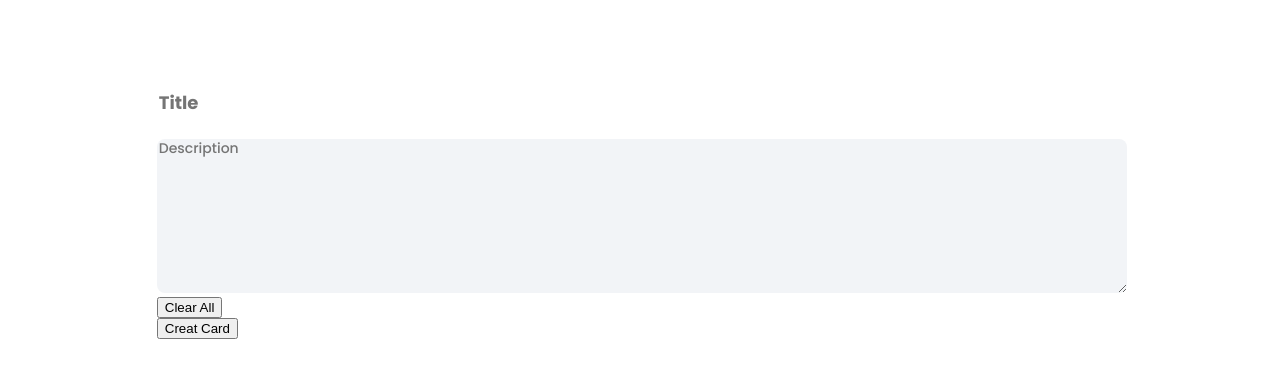
Repository: ReyhanehRahmani/TO-DO
Page: index.html
These files come from the project's save history. The page is drawn as it stood at one moment and after the next save; the edit follows.
The browser window is 1280 px wide. The pictures show the whole page.
Some web fonts or font styles are not loaded; a fallback is used.

Above is the page before, as saved 2025-06-08 12:20:48.

After the next save:
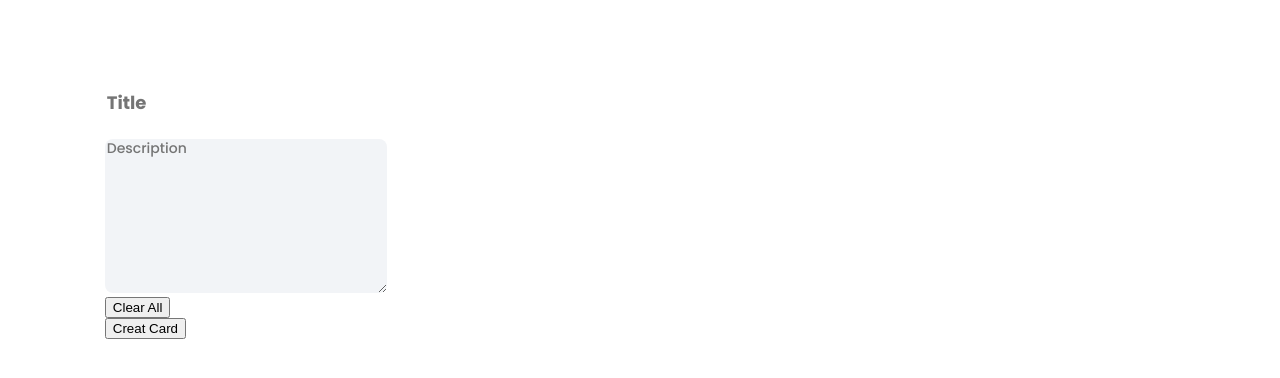
Saved 65 s later.
--- a/style.css
+++ b/style.css
@@ -212,6 +212,8 @@ body{
     margin-right: 6%;
     margin-top: 6%;
     background-color: #FFFFFF;
-}
-
-}
+    width: 25.31120332%;
+
+}
+
+}
